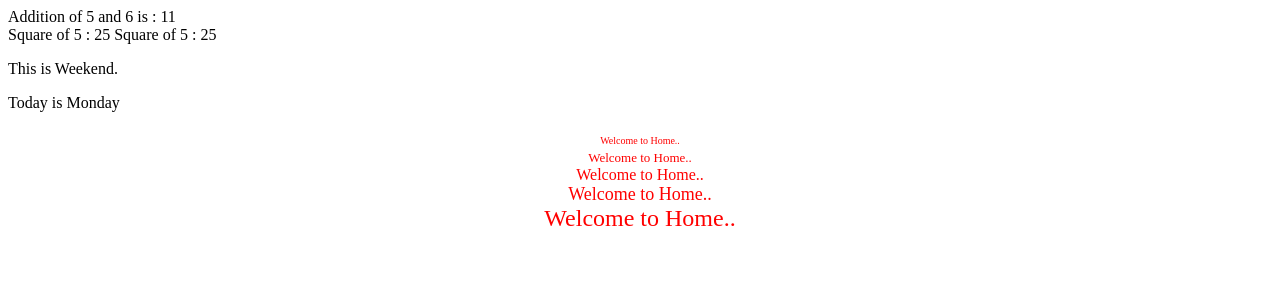
Repository: Shivanishinde8225/User-Managment-System
Page: http://localhost/JspDemo/Demo.jsp
An editor plug-in stored every save of this project. The page is shown before and after the next save, followed by the edit.
The browser window is 1280 px wide. The pictures show the whole page.
The page is served by Tomcat 9.

Above is the page before, as saved 2023-04-01 05:50:04.

After the next save:
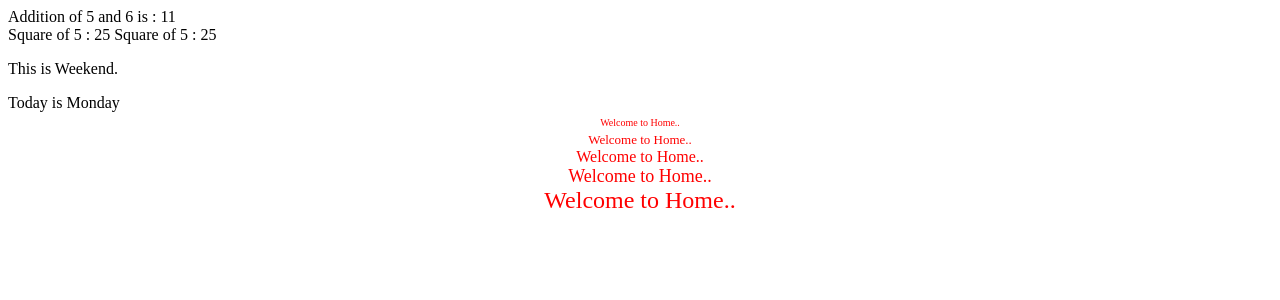
Saved 31 s later.
--- a/JspDemo/webapp/Demo.jsp
+++ b/JspDemo/webapp/Demo.jsp
@@ -58,10 +58,10 @@
 		out.print("invalid input");
 	} %><br>
 	<center>
-	<%for(int  i = 1; i <= 5; i++){%><br>
+	<%for(int  i = 1; i <= 5; i++){%>
 		<font color = "red" size= "<%=i%>">
 		Welcome to Home..
-		</font>
+		</font><br>
 	<% }%>
 	</center>
 
